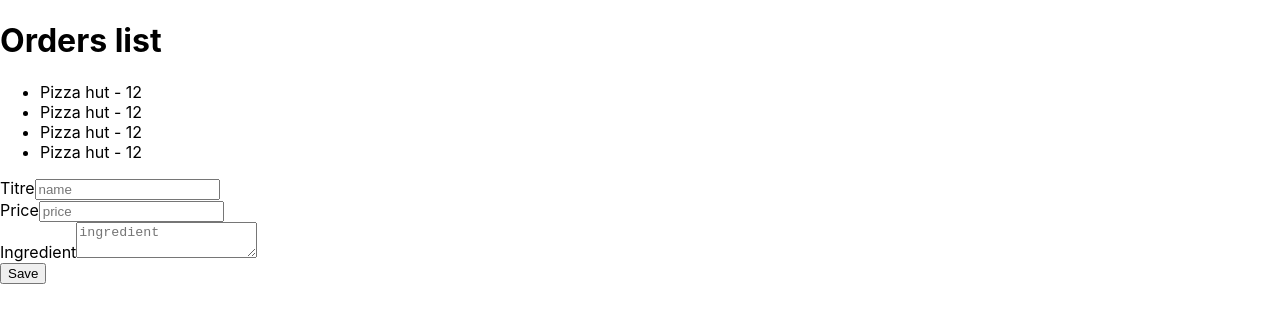
Repository: FS-23/react-navigation
Page: /menu
These files come from the project's save history. The page is drawn as it stood at one moment and after the next save; the edit follows.
The browser window is 1280 px wide. The pictures show the whole page.
The project was rebuilt for these pictures with package versions that can differ from the ones it lists, and the page was loaded fresh each time. Also part of the build but not shown: src/components/Article.js.

Above is the page before, as saved 2022-05-06 14:44:49.

After the next save:
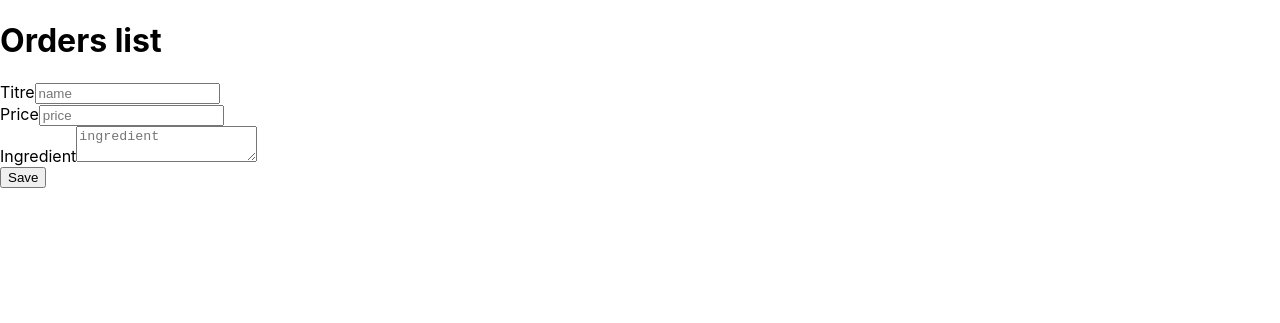
Saved 46 s later.
--- a/src/components/OrderList.js
+++ b/src/components/OrderList.js
@@ -4,16 +4,6 @@
     let [ orders , setOrders] = useState([])
 
     useEffect(()=> {
-        addOrder({
-            name: "Pizza hut",
-            price: 12
-        })
-
-        addOrder({
-            name: "Pizza hut",
-            price: 12
-        })
-        // console.log('getOrders:', getOrders() )
 
         setOrders(getOrders())
     }, [orders])
